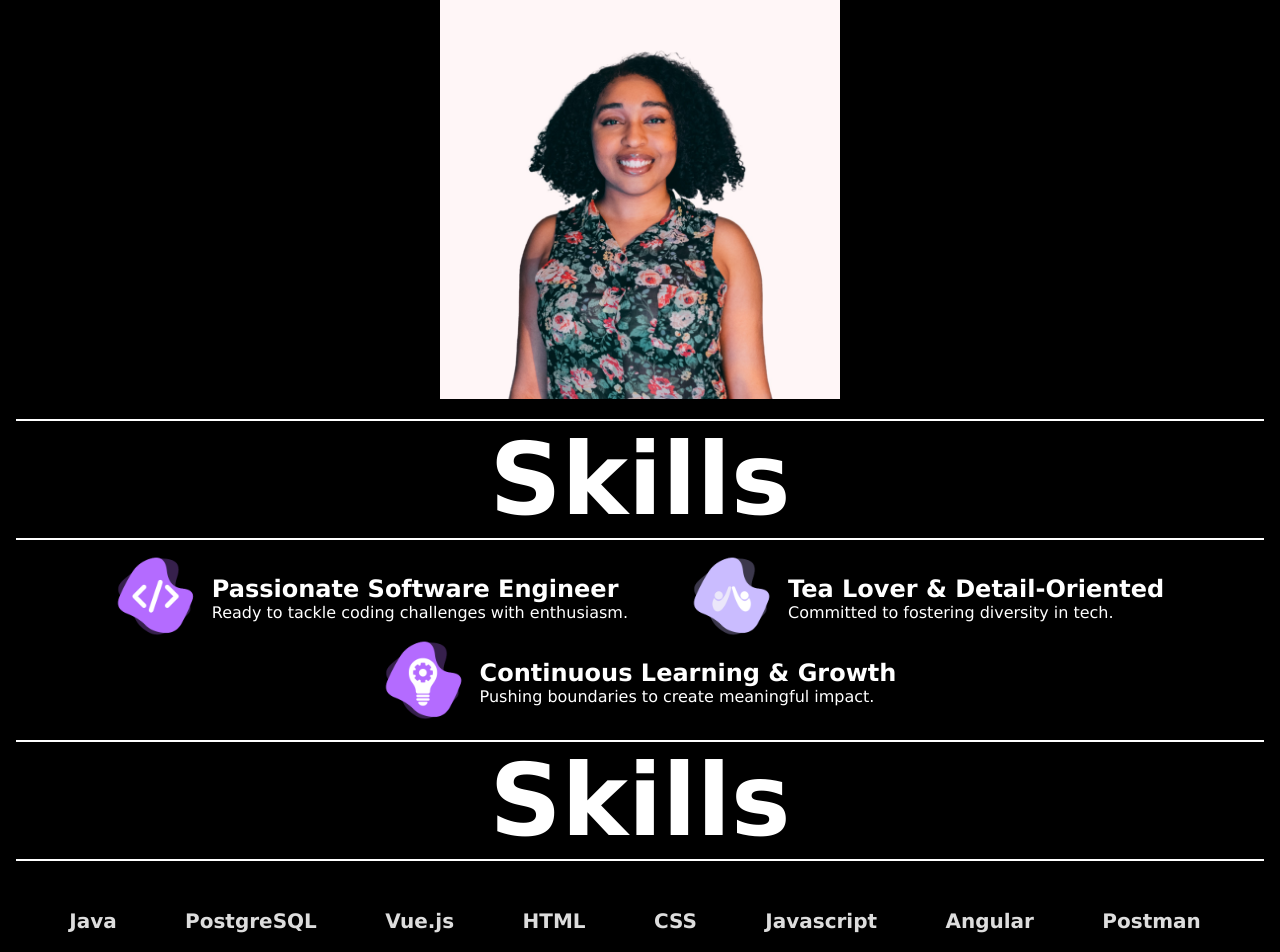
Repository: woodsdeshe/portfolio
Page: index.html
An editor plug-in stored every save of this project. The page is shown before and after the next save, followed by the edit.
The browser window is 1280 px wide. The pictures show the part of the page from y = 879 to 1831 px (the page is 2712 px tall).
A picture or video elsewhere on the page could not be fetched, so the positions and the page height are approximate. Some web fonts or font styles are not loaded; a fallback is used. Some web libraries are served in a nearby version.

Above is the page before, as saved 2023-06-11 16:33:58.

### index.html
<!DOCTYPE html>
<html lang="en">
<head>
    <meta charset="UTF-8">
    <meta http-equiv="X-UA-Compatible" content="IE=edge">
    <meta name="viewport" content="width=device-width, initial-scale=1.0">
    <title>DeShe Woods | Software Engineer</title>
    <link rel="stylesheet" href="style.css">
    <link rel="stylesheet" href="https://cdnjs.cloudflare.com/ajax/libs/aos/2.3.4/aos.css" />
</head>
<body>
    <div class="container">
        <video autoplay muted loop>
            <source src="./images/pexels-crazy-motions-11738195-1920x1080-24fps.mp4" type="video/mp4">
        </video>
        <div class="header">
            <h1>DESHE WOODS</h1>
        </div>
    </div>
    <div class="subheader" data-aos="fade-up"
        <h3>SOFTWARE ENGINEER | VISUAL ARTIST</h3>
    </div>
    <nav class="navbar" data-aos="fade-up">
        <ul>
            <li><a href="#about">About</a></li>
            <li><a href="#skills">Skills</a></li>
            <li><a href="#portfolio">Portfolio</a></li>
            <li><a href="#contact">Contact</a></li>
        </ul>
    </nav>
    <div class="headshot" data-aos="fade-up">
        <img src="./images/Headshot.jpg" alt="Picture of DeShe Woods">
    </div>

    <div class="skills-header" data-aos="fade-up">
        <h1 id="skills">Skills</h1>
    </div>
    <div class="about-me">
        <div class="about-container">
            <div class="logo">
                <img src="./images/code-logo.png" alt="Software Engineer Logo">
            </div>
            <div class="about-content">
                <h2>Passionate Software Engineer</h2>
                <p>Ready to tackle coding challenges with enthusiasm.</p>
            </div>
        </div>
        <div class="about-container">
            <div class="logo">
                <img src="./images/diversity-logo.png" alt="Tea Lover Logo">
            </div>
            <div class="about-content">
                <h2>Tea Lover & Detail-Oriented</h2>
                <p>Committed to fostering diversity in tech.</p>
            </div>
        </div>
        <div class="about-container">
            <div class="logo">
                <img src="./images/gears-logo.png" alt="Continuous Learning Logo">
            </div>
            <div class="about-content">
                <h2>  Continuous Learning & Growth</h2>
                <p>Pushing boundaries to create meaningful impact.</p>
            </div>
        </div>
    </div>


    <div class="skills-header" data-aos="fade-up">
        <h1 id="skills">Skills</h1>
    </div>
    <div class="skills-content" data-aos="fade-up">
        <span class="skill">Java</span>
        <span class="skill">PostgreSQL</span>
        <span class="skill">Vue.js</span>
        <span class="skill">HTML</span>
        <span class="skill">CSS</span>
        <span class="skill">Javascript</span>
        <span class="skill">Angular</span>
        <span class="skill">Postman</span>
    </div>
    <div class="portfolio-header" data-aos="fade-up">
        <h1 id="portfolio">Portfolio</h1>
    </div>
    <div class="optikos" data-aos="fade-up">
        <h1>Optikos: E-learning Platform</h1>
        <img src="./images/Screenshot (6).png" alt="Screenshot of Optikos home page">
    </div>
    <div class="contact" id="contact">
        <h2>Contact</h2>
    </div>
   <footer>
    <a href="#"><i class="fa-brands fa-linkedin"></i></a>
    <a href="#"><i class="fa-brands fa-github"></i></a>
    <a href="#"><i class="fa-solid fa-envelope"></i></a>
   </footer>

   <script src="https://cdnjs.cloudflare.com/ajax/libs/jquery/3.6.0/jquery.min.js"></script>
   <script src="https://cdnjs.cloudflare.com/ajax/libs/aos/2.3.4/aos.js"></script>
   <script src="https://kit.fontawesome.com/4f5c76242c.js" crossorigin="anonymous"></script>
   <script>
     AOS.init();
   </script>
</body>
</html>

### style.css
@import url('https://fonts.googleapis.com/css2?family=Climate+Crisis&display=swap');

* {
    margin: 0;
    padding: 0;
    box-sizing: border-box;
}

body:not(.container) {
    background-color: #000;
    font-family: Verdana, Geneva, Tahoma, sans-serif;
    color: white;
    overflow-y: scroll;
}

.container {
    width: 100%;
    min-height: 100vh;
    position: relative;
    overflow: hidden;
}

.container video {
    height: 100%;
    width: 100%;
}

.header h1{
    font-family:'Climate Crisis', cursive, Verdana;
    font-size: 200px;
    font-weight: 900;
    text-align: center;
    color: white;
    position: absolute;
    top: 0;
    left:0;
    background: #000;
    height: 100%;
    width: 100%;
    display:flex;
    align-items: center;
    justify-content: center;
    flex-wrap: wrap;
    mix-blend-mode: multiply;
}

.subheader {
    border-top: 2px solid white;
    border-bottom: 2px solid white;
    padding: 1rem;
    text-align: center;
    font-size: 40px;
    font-weight: bold;
}

.navbar {
    background-color: #000;
    padding: 1rem;
    text-align: center;
}

.navbar ul {
    list-style-type: none;
}

.navbar li {
    display: inline-block;
    margin-right: 1rem;
}

.navbar a {
    text-decoration: none;
    color: white;
    font-size: 20px;
    font-weight: bold;
    padding: 0.5rem 1rem;
}

.navbar a:hover {
    background-color: #b46bff;
    border-radius: 5px;
    transition: background-color 0.3s ease;
}


.headshot img {
    height:400px;
    width: 400px;
    align-content: center;
    display:block;
    margin-left: auto;
    margin-right: auto;
    margin-top: 20px;
    margin-bottom: 20px;
}


.about-me {
    display: flex;
    flex-wrap: wrap;
    justify-content: center;
}

.about-container {
    display: flex;
    align-items: center;
    margin: 0 2rem;
}

.logo img {
    height: 80px;
    width: 80px;
}

.about-content {
    margin-left: 1rem;
}

.portfolio-header, .skills-header, .contact h2 {
    font-size: 50px;
    text-align: center;
    border-top: 2px solid white;
    border-bottom: 2px solid white;
    margin: 1rem
}

.skills-content {
    display: flex;
    flex-direction: row;
    justify-content: space-around;
    margin: 40px;
}

.skill {
    display: inline-block;
    padding: 8px 12px;
    margin-right: 10px;
    font-size: 20px;
    font-weight: bold;
    text-decoration: none;
    color: #ddd;
    border-radius: 4px;
    transition: background-color 0.3s ease;
  }

  .skill:hover {
    background-color: #b46bff;
    cursor: pointer;
  }


.portfolio {
    display: flex;
    flex-direction: column;
}

.optikos img {
   width: 597px;
   height: 500px;
   display: block;
   margin-left: auto;
    margin-right: auto;
    margin-bottom: 20px;
}


.optikos h1 {
    text-align: center;
    margin: 20px;
}

.optikos p {
    grid-area: "optikos-content";
}

.contact h2{
    font-size: 50px
}

footer {
    display: flex;
    justify-content: center;
    font-size: 20px;
}



footer a {
        box-shadow: inset 0 0 0 0
        #aac8ff;
        color: white;
        margin: 0 -.25rem;
        padding: 10px;
        transition: color .3s ease-in-out, box-shadow .3s ease-in-out;
        font-size: 30px;
}

footer a:hover {
    box-shadow: inset 100px 0 0 0 #bd78ff;
    color: white;
}

@media screen and (max-width: 768px) {
.container {
        min-height: auto;
        height: 100vh;
    }
    .container video {
        height: auto;
        width: 100%;
    }

    .about-me {
        flex-direction: column;
        align-items: center;
    }

    .about-container {
        margin: 1rem 0;
    }

    .about-content {
        margin-left: 0;
        margin-top: 1rem;
    }
}

body:not(.container) {
    overflow-x: hidden;
}

.aos-animate {
    transition-duration: 7s;
  }

After the next save:
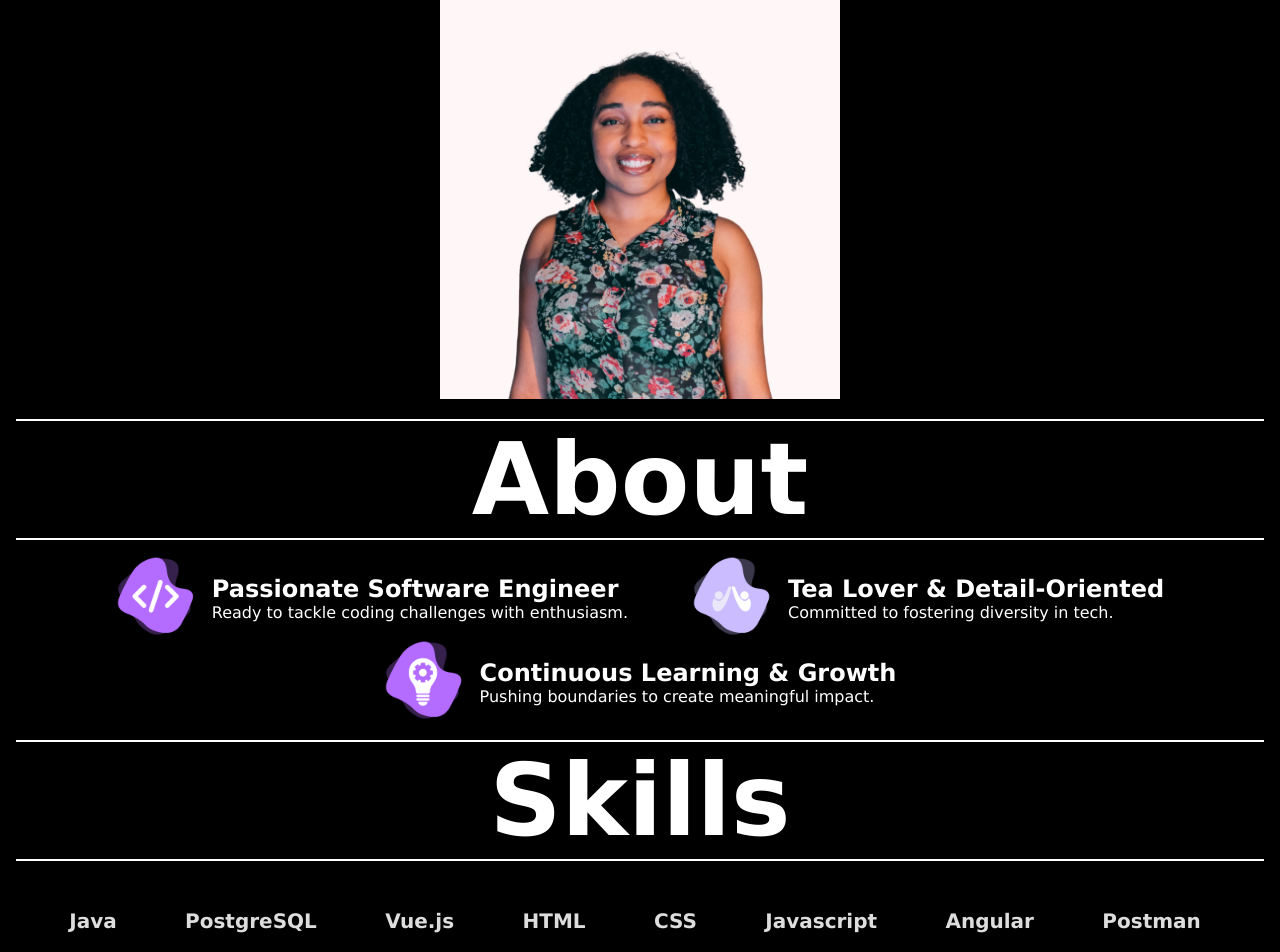
Saved 6 s later.
--- a/index.html
+++ b/index.html
@@ -33,7 +33,7 @@
     </div>
 
     <div class="skills-header" data-aos="fade-up">
-        <h1 id="skills">Skills</h1>
+        <h1 id="skills">About</h1>
     </div>
     <div class="about-me">
         <div class="about-container">
